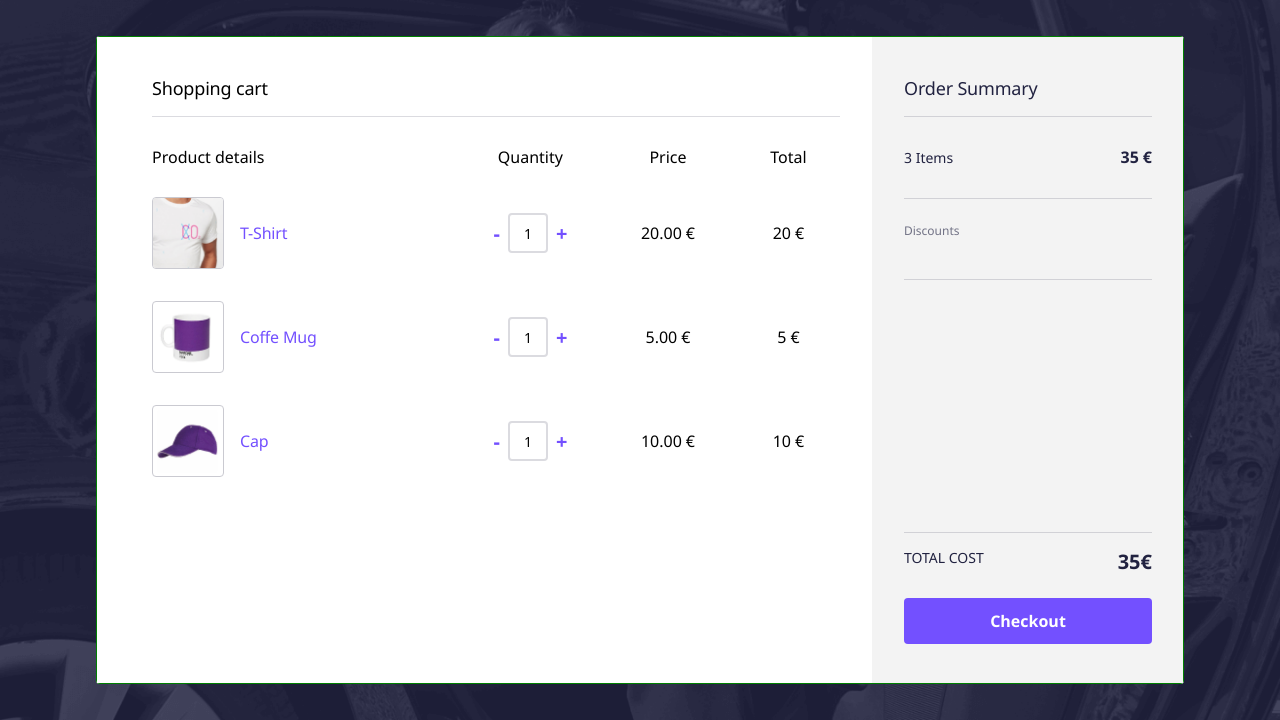
Repository: banchiec/challengecbfy
Page: /
These files come from the project's save history. The page is drawn as it stood at one moment and after the next save; the edit follows.
The browser window is 1280 px wide. The pictures show the whole page.
Some web fonts or font styles are not loaded; a fallback is used. The project was rebuilt for these pictures with package versions that can differ from the ones it lists, and the page was loaded fresh each time. Also part of the build but not shown: craco.config.js.

Above is the page before, as saved 2021-12-10 12:58:22.

### src/index.js
import './index.css';
import App from './App';
import Checkout from './helpers/checkout'
// here a service should be called to obtain the api data
import { products } from './data/data'

import discounts from './helpers/discounts';

const purchase = new Checkout(products, discounts)
purchase.init()
App(purchase)

### src/index.css
@tailwind base;
@tailwind components;
@tailwind utilities;

body {
  margin: 0;
  font-family: -apple-system, BlinkMacSystemFont, 'Segoe UI', 'Roboto', 'Oxygen',
    'Ubuntu', 'Cantarell', 'Fira Sans', 'Droid Sans', 'Helvetica Neue',
    sans-serif;
  -webkit-font-smoothing: antialiased;
  -moz-osx-font-smoothing: grayscale;
}

code {
  font-family: source-code-pro, Menlo, Monaco, Consolas, 'Courier New',
    monospace;
}

@font-face {
  font-family: 'Avenir';
  src:local('Avenir'), url(./assets/fonts/Avenir-Black.woff) format('woff');
}

### src/App.js
import { render } from 'react-dom';
import Main from './components/main/Main'
import './App.css';

function App(purchase) {
  render(<Main purchase={purchase} />, document.getElementById('root'))
}

export default App;

### src/helpers/checkout.js
export default class Checkout {
    constructor(price, discounts = []) {
        this.price = price.reduce((acc, good) => ({ ...acc, [good.code]: good }), {})
        this.discounts = discounts
        this.cartItems = []
    }
    init() {
        this.scan('TSHIRT')
        this.scan('MUG')
        this.scan('CAP')
    }
    scan(code, argument = 1) {
        const currentCartItem = this.cartItems.find((item) => item.code === code);
        if (currentCartItem) {
            switch (argument) {
                case 1:
                    currentCartItem.count += 1;
                    break;
                case -1:
                    currentCartItem.count -= 1;
                    if (currentCartItem.count === 0) {
                        this.cartItems = this.cartItems.filter((item) => item.code !== code);
                    }
                    break;
                default:
                    currentCartItem.count = argument;
                    break;
            }
            return this;
        }
        const currentPriceItem = this.price[code];
        // console.log(this.price)
        if (currentPriceItem) {
            switch (argument) {
                case 1:
                    this.cartItems.push({ ...currentPriceItem, count: 1 });
                    break;
                case -1:
                    break;
                default:
                    this.cartItems.push({ ...currentPriceItem, count: argument });
            }
            return this;
        }
        return new Error(`product with code ${code} has not been found`);


    }
    get actualDiscounts() {
        return this.discounts.reduce(
            (acc, discount) => {
                const res = discount.check(this.items);
                if (res) return [...acc, res];
                return acc;
            }, [],
        );
    }
    get items() {
        return this.cartItems
    }

    get totalDiscount() {
        return this.actualDiscounts.reduce((acc, { discountAmount }) => acc + discountAmount, 0);
    }
    cost(code) {
        const currentCartItem = this.cartItems.find((item) => item.code === code);
        if (currentCartItem) {
            return currentCartItem.count * currentCartItem.price;
        }
        return null;
    }

    preCalc() {
        return ({
            countItems: this.cartItems.reduce((acc, item) => acc + item.count, 0),
            summaryCost: this.cartItems.reduce((acc, item) => acc + (item.count * item.price), 0),
            actualDiscounts: this.actualDiscounts,
        });
    }

    // method total will return total cost as number
    total() {
        return this.cartItems.reduce(
            (acc, item) => acc + (item.count * item.price),
            0,
        ) - this.totalDiscount;
    }
}

### src/data/data.js
import shirt from '../assets/images/shirt.png'
import mug from '../assets/images/mug.png'
import cap from '../assets/images/cap.png'
export const products = [
    {
        id: '1',
        code: 'TSHIRT',
        name: 'T-Shirt',
        price: '20.00',
        image: shirt
    },
    {
        id: '3',
        code: 'MUG',
        name: 'Coffe Mug',
        price: '5.00',
        image: mug

    },
    {
        id: '4',
        code: 'CAP',
        name: 'Cap',
        price: '10.00',
        image: cap

    }
]

### src/helpers/discounts.js
const discounts = [
    {
        name: '2-for-1-Mug',
        check: (products) => {
            const currentProduct = products.find((product) => product.code === 'MUG')
            if (currentProduct && currentProduct.count > 1) {
                return ({
                    name: '2x1 Mug offer',
                    discountAmount: Math.trunc(currentProduct.count / 2) * currentProduct.price
                })
            }
            return null
        }
    },
    {
        name: 'bulk-discount-shirt',
        check: (products) => {
            const currentProduct = products.find((product) => product.code === 'TSHIRT')
            if (currentProduct && currentProduct.count >= 3) {
                return ({
                    name: 'x3-Shirt-offer',
                    discountAmount: (currentProduct.price / 100) * 5 * currentProduct.count
                })
            }
            return null
        }
    }
]

export default discounts

### src/components/main/Main.js
import { useState } from "react"
import OrderSummery from "../OrderSummery/OrderSummery"
import { ShoppingCart } from "../shoppingCart/ShoppingCart"

export default function Main(props) {
    const { purchase } = props
    const [items, setItems] = useState(purchase.items)

    const initStateSum = purchase.preCalc()
    const initTotalCost = purchase.total()

    const [summary, setSummary] = useState({
        ...initStateSum,
        totalCost: initTotalCost
    })

    const scan = (code) => (op) => (e) => {
        switch (op) {
            case 'dec':
                purchase.scan(code, -1);
                break;
            case 'set':
                purchase.scan(code, Number(e.target.value));
                console.log(e.target.value)
                break;
            case 'inc':
                purchase.scan(code, 1);
                break;
            default:
                // unknown operation
                break;
        }
        // set new cart items list for react
        setItems([...purchase.items]);
        const newSums = purchase.preCalc();
        const newTotalCost = purchase.total();
        setSummary({
            ...newSums,
            totalCost: newTotalCost,
        });

    }
    const cost = (code) => purchase.cost(code)

    return (
        <main className="App">
            <ShoppingCart items={items} scan={scan} cost={cost} />
            <OrderSummery summary={summary} />
        </main>
    )
}

### src/App.css
* {
  box-sizing: border-box;
  outline: none;
}

html,
body,
div,
span,
applet,
object,
iframe,
h1,
h2,
h3,
h4,
h5,
h6,
p,
blockquote,
pre,
a,
abbr,
acronym,
address,
big,
button,
cite,
code,
del,
dfn,
em,
img,
ins,
kbd,
q,
s,
samp,
small,
strike,
strong,
sub,
sup,
tt,
var,
b,
u,
i,
center,
dl,
dt,
dd,
ol,
ul,
li,
fieldset,
form,
label,
legend,
table,
caption,
tbody,
tfoot,
thead,
tr,
th,
td,
article,
aside,
canvas,
details,
embed,
figure,
figcaption,
footer,
header,
hgroup,
menu,
nav,
output,
ruby,
section,
summary,
time,
mark,
audio,
video {
  margin: 0;
  padding: 0;
  border: 0;
  vertical-align: baseline;
  font: 100%;
}

/* HTML5 display-role reset for older browsers */
article,
aside,
details,
figcaption,
figure,
footer,
header,
hgroup,
menu,
nav,
section {
  display: block;
}

body {
  -webkit-font-smoothing: antialiased;
  -moz-osx-font-smoothing: grayscale;
  line-height: 1;
}

ol,
ul {
  list-style: none;
}

blockquote,
q {
  quotes: none;
}

a {
  cursor: pointer;
}

blockquote:before,
blockquote:after,
q:before,
q:after {
  content: none;
}

table {
  border-spacing: 0;
  border-collapse: collapse;
}

a {
  text-decoration: none;
}

input:not([type="checkbox"]):not([type="radio"]),
textarea {
  appearance: none;
}

input[type="number"]::-webkit-outer-spin-button,
input[type="number"]::-webkit-inner-spin-button {
  margin: 0;
  appearance: none;
}

input[type="number"] {
  appearance: textfield;
}

input::-ms-clear {
  display: none;
}

select::-ms-expand {
  display: none;
}

textarea {
  overflow: auto;
  vertical-align: top;
}

input::placeholder {
  opacity: 1;
}

h1.main {
  padding-bottom: 16px;
  border-bottom: 1px solid rgba(33, 34, 64, 0.16);
}

.wrapper.border,
.wrapper-half.border {
  border-bottom: 1px solid rgba(33, 34, 64, 0.16);
}

h2,
.products-list li.products-list-title {
  color: #a6a7b3;
  letter-spacing: 1px;
  font-size: 10px;
  line-height: 16px;
}

h2,
.product-code {
  font-size: 12px;
  line-height: 16px;
}

.product-quantity,
.summary input,
.summary ul li,
.summary-total-cost {
  font-size: 14px;
  line-height: 17px;
}

.product h1 {
  font-size: 16px;
  line-height: 24px;
}

.products button.count,
.summary-total-price {
  font-size: 20px;
  line-height: 25px;
}

h2 {
  color: #717285;
  letter-spacing: 0;
  font-weight: 300;
}

h2 + * {
  margin-top: 16px;
}

body {
  margin: 0;
  padding: 0;
  height: 100vh;
  background-image: url("./assets/images/background.png");
  background-color: #212240;
  background-position: top left;
  background-size: cover;
  font-family: Avenir, "Avenir Next", "Segoe UI", sans-serif;
  font-weight: regular;
}

.App {
  position: fixed;
  top: 50%;
  left: 50%;
  display: flex;
  overflow-x: hidden;
  overflow-y: auto;
  max-width: 1088px;
  max-height: 648px;
  width: calc(100% - 64px);
  height: calc(100% - 64px);
  border-radius: 4px;
  background-color: #ffffff;
  transform: translate(-50%, -50%);
}

h1 {
  position: relative;
  letter-spacing: -0.18px;
  font-size: 18px;
  line-height: 24px;
}

.wrapper {
  padding: 32px 0;
}

.wrapper-half {
  padding: 24px 0;
}

.tableHead {
  padding: 32px 0;
}

.row {
  position: relative;
  display: flex;
  flex-flow: row nowrap;
  justify-content: space-between;
}

.row + .row {
  margin-top: 32px;
}

[class*="col-"] {
  display: flex;
  align-items: center;
}

[class*="col-"]:nth-child(n + 2) {
  justify-content: center;
}

.col-product {
  width: 45%;
}

.col-quantity {
  width: 20%;
}

.col-price {
  width: 20%;
}

.col-total {
  width: 15%;
}

input {
  width: 100%;
  height: 48px;
  border-radius: 4px;
}

.currency {
  margin-left: 4px;
}

.products {
  padding: 40px 32px 40px 56px;
}

.products button.count {
  padding: 0 8px;
  height: 40px;
  border: none;
  background: transparent;
  color: #7350ff;
  font-weight: bold;
  cursor: pointer;
}

.products {
  flex: 1;
}

.products-list {
  position: relative;
  width: 100%;
}

.product-image {
  display: flex;
  align-items: center;
  flex-flow: row nowrap;
}

.product-image img {
  margin-right: 16px;
  width: 72px;
  height: 72px;
  border: 1px solid #cacad1;
  border-radius: 4px;
}

.product-code {
  border-radius: 4px;
  color: #a6a7b3;
  letter-spacing: 0.13px;
  font-weight: 400;
}

.product-quantity {
  width: 40px;
  height: 40px;
  border: 2px solid #dbdbe0;
  border-radius: 4px;
  text-align: center;
}

.product-price {
  color: #000000;
  font-size: 16px;
}

.product .clear {
  border: none;
  background: transparent;
}

.product .clear span {
  position: relative;
  display: block;
  width: 16px;
  height: 16px;
}

.product .clear span:before,
.product .clear span:after {
  content: "";
  position: absolute;
  top: 8px;
  left: 2px;
  display: block;
  width: 12px;
  height: 2px;
  border-radius: 8px;
  background-color: #a6a7b3;
  transform: rotate(-45deg);
  transform-origin: center center;
}

.product .clear span:before {
  transform: rotate(45deg);
}

.product h1 {
  color: #7350ff;
}

.summary {
  display: flex;
  flex-flow: column wrap;
  padding: 40px 32px;
  width: 312px;
  background-color: #f3f3f3;
  color: #212240;
}

.summary > * {
  width: 100%;
}

.summary-items-price {
  font-size: 16px;
  font-weight: bold;
}

.summary input {
  margin: 8px auto;
  color: #a6a7b3;
  text-indent: 16px;
  text-transform: uppercase;
}

.summary input::placeholder {
  color: #a6a7b3;
  text-transform: lowercase;
}

.summary ul li {
  display: flex;
  justify-content: space-between;
}

.summary ul li > *:nth-child(2) {
  font-weight: bold;
}

.summary ul li + li {
  margin-top: 20px;
}

.summary-total {
  align-self: flex-end;
  margin-top: auto;
  padding-top: 16px;
  padding-bottom: 0;
  border-top: 1px solid rgba(33, 34, 64, 0.16);
  color: #212240;
}

.summary-total-cost {
  flex-basis: 100%;
  text-transform: uppercase;
}

.summary-total-price {
  font-weight: bold;
}

.summary button[type="submit"] {
  margin-top: 24px;
  padding-top: 16px;
  padding-bottom: 16px;
  width: 100%;
  border-radius: 4px;
  background: #7350ff;
  color: #ffffff;
  font-size: 16px;
  font-weight: bold;
  line-height: 14px;
  cursor: pointer;
}

/* MODAL */
.modal {
  position: absolute ;
  width: 1088px;
  height: 648px;
  /* left: 176px; */
  /* top: 126px; */
  border: 1px solid green;
}
.content {
  position: absolute;
  width: 248px;
  height: 358px;
  left: 984px;
  top: 270px;
}
.background {
  position: absolute;
  width: 1440px;
  height: 904px;
  left: 0px;
  top: -2px;
}

### src/components/OrderSummery/OrderSummery.js
import React from 'react';
import { uniqueId } from 'lodash';

function OrderSummery(props) {
    const {
        summary: {
            countItems, summaryCost, actualDiscounts, totalCost,
        },
    } = props;
    return (
        <aside className="summary">
            <h1 className="main">Order Summary</h1>
            <ul className="summary-items wrapper border">
                <li>
                    <span className="summary-items-number">
                        {countItems || 0}
                        {' '}
                        Items
                    </span>
                    <span className="summary-items-price">
                        {summaryCost || 0}
                        <span className="currency">
                            €
                        </span>
                    </span>
                </li>
            </ul>
            <div className="summary-discounts wrapper-half border">
                <h2>Discounts</h2>
                {actualDiscounts && (
                    <ul>
                        {actualDiscounts.map((disc) => (
                            <li key={uniqueId()}>
                                <span>{disc.name}</span>
                                <span>
                                    -
                                    {disc.discountAmount}
                                    {' '}
                                    €
                                </span>
                            </li>
                        ))}
                    </ul>
                )}
            </div>
            <div className="summary-total wrapper">
                <ul>
                    <li>
                        <span className="summary-total-cost">
                            Total cost
                        </span>
                        <span className="summary-total-price">
                            {totalCost || 0}
                            €
                        </span>
                    </li>
                </ul>
                <button type="submit">Checkout</button>
            </div>
        </aside>
    );
}

export default OrderSummery;

### src/components/shoppingCart/ShoppingCart.js
import { uniqueId } from 'lodash'
import { CartString } from '../CartString/CartString'

export const ShoppingCart = (props) => {
    // console.log(props)
    const { items, scan, cost } = props


    const setDetails = (e) => {
        console.log(e)

    }

    return (
        <>
            <div className="modal">
                <div className="content"></div>
            </div>
            <section className="products">
                <h1 className="main">Shopping cart</h1>
                <ul className="product-list tableHead">
                    <li className="products-list-title row">
                        <div className="col-product">Product details</div>
                        <div className="col-quantity">Quantity</div>
                        <div className="col-price">Price</div>
                        <div className="col-total">Total</div>
                    </li>
                </ul>
                <ul className="products-list">
                    {items.map((item) => (
                        <CartString
                            content={item}
                            scan={scan(item.code)}
                            cost={cost(item.code)}
                            key={uniqueId()}
                            onClick={setDetails}
                        />
                    ))}
                </ul>
            </section>
        </>
    )
}

### src/components/CartString/CartString.js
import { useState } from 'react'
// import DetailsModal from "../DetailsModal/DetailsModal"

export const CartString = (props) => {
    const [show, setShow] = useState(false)
    const {
        content: {
            productCode,
            name,
            count,
            image,
            price
        },
        scan,
        cost,
    } = props

    const setDetails = (e) => {
        console.log(e)
    }


    return (
        <>
            <li className="product row" onClick={setDetails}>
                <div className="col-product">
                    <figure className="product-image">
                        <img src={image} alt={image} />
                        <div className="product-description">
                            <h1 className="product-description-details">{name}</h1>
                            <p className="product-code">{productCode}</p>
                        </div>
                    </figure>
                </div>
                <div className="col-quantity">
                    <button type="button" className="count" onClick={scan('dec')}>
                        -
                    </button>
                    <input type="text" className="product-quantity" value={count} onChange={scan('set')} />
                    <button type="button" className="count" onClick={scan('inc')}>
                        +
                    </button>
                </div>
                <div className="col-price">
                    <span className="product-price">
                        {price}
                    </span>
                    <span className="product-currency currency">€</span>
                </div>
                <div className="col-total">
                    <span className="product-price">{cost}</span>
                    <span className="product-currency currency">€</span>
                </div>
            </li>
        </>
    )
}

Loaded but not shown: public/index.html (common file); tailwind.config.js (common file)

After the next save:
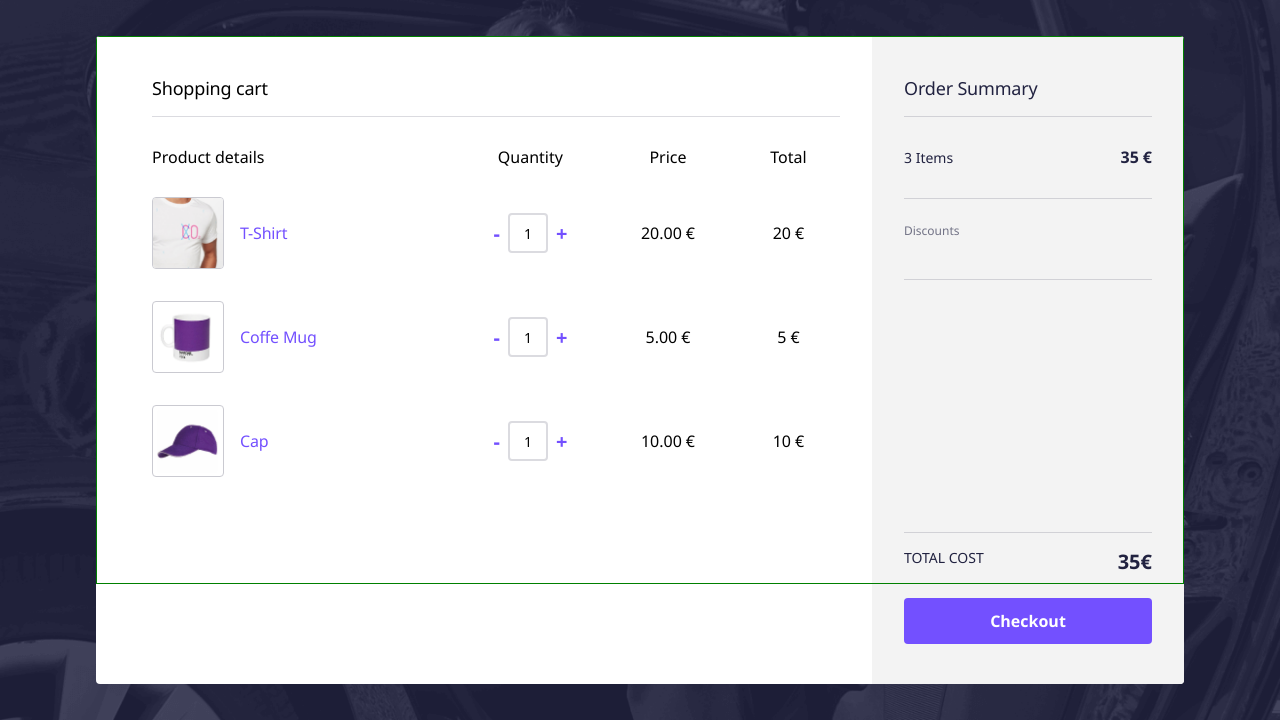
Saved 17 s later.
--- a/src/App.css
+++ b/src/App.css
@@ -492,7 +492,7 @@ input {
 .modal {
   position: absolute ;
   width: 1088px;
-  height: 648px;
+  height: 548px;
   /* left: 176px; */
   /* top: 126px; */
   border: 1px solid green;
